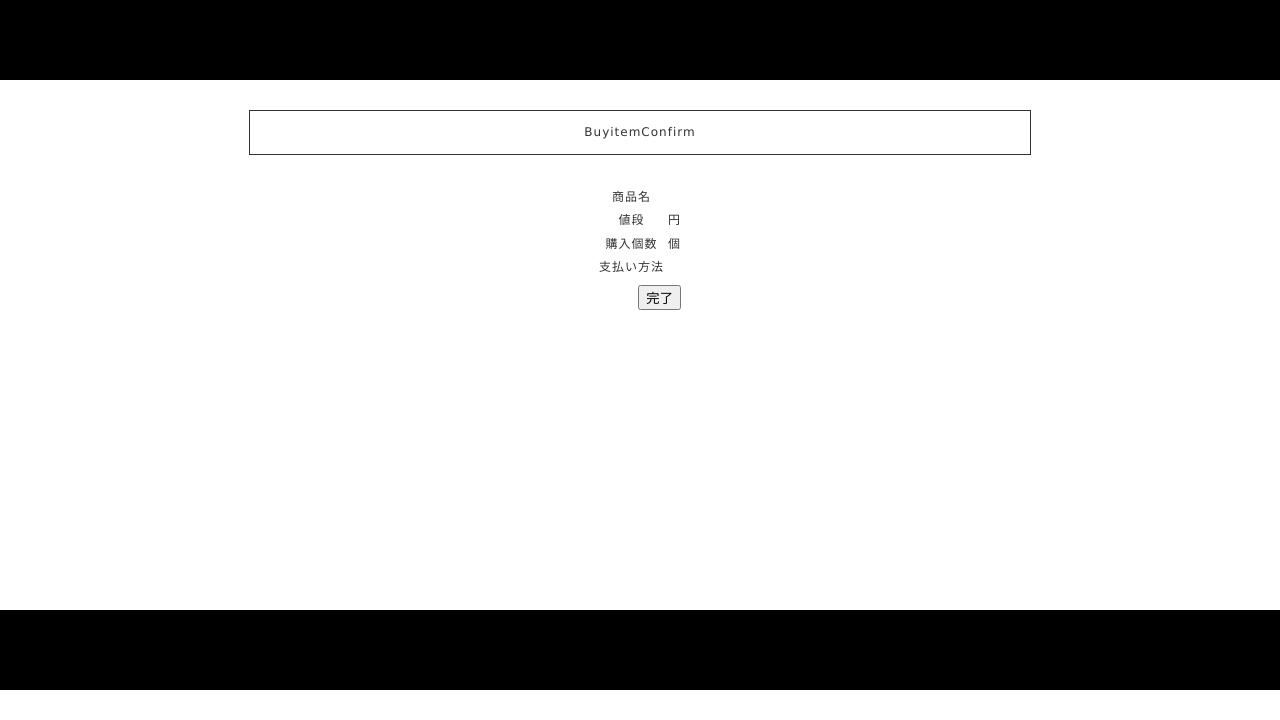
Repository: 3103senoomizho/test
Page: http://localhost/template/buyItemConfirm.jsp
An editor plug-in stored every save of this project. The page is shown before and after the next save, followed by the edit.
The browser window is 1280 px wide. The pictures show the whole page.
Some web libraries are served in a nearby version. The page is served by Tomcat 9. Other server files are loaded and not shown.

Above is the page before, as saved 2018-03-20 01:31:00.

### template/WebContent/buyItemConfirm.jsp
<%@ page language="java" contentType="text/html; charset=UTF-8"
    pageEncoding="UTF-8"%>
<%@ taglib prefix="s" uri="/struts-tags" %>
<!DOCTYPE html>
<html>
<head>
<meta charset ="utf-8">
<meta http-equiv="Content-Type" content="text/html; charset=UTF-8">
<meta http-equiv="Content-Style-Type" content = "text/css"/>
<meta http-equiv="Content-Script-Type" content ="text/javascript"/>
<meta http-equiv="imagetoolbar" content = "no"/>
<meta name="description" content=""/>
<meta name="keywords" content=""/>
<title>buyItemConfirm画面</title>

<style type ="text/css">
/*===============TAG LAYOUT=================*/
body{
  margin:0;
  padding:0;
  line-height:1.6;
  letter-spacing:1px;
  font-family:Verdana,Helvetica,sans-serif;
  font-size:12px;
  color:#333;
  background:#fff;
  }
table{
  text-align:center;
  margin:0 auto;
  }
/*==============ID LAYOUT===================*/
#top{
  width:780px;
  margin:30px auto;
  border:1px solid #333;
  }

#header{
  width:100%;
  height:80px;
  background-color:black;
  clear:both;
  }
#main{
  width:100%;
  height:500px;
  text-align:center;}
#footer{
  width:100%;
  height:80px;
  background-color:black;
  clear:both;
  }
</style>

</head>
<body>
      <div id="header">
             <div id = "pr">
             </div>
      </div>
      <div id="main">
             <div id="top">
                     <p>BuyitemConfirm</p>
             </div>
             <div>
                     <s:form action="BuyItemConfirmAction">
                     <table>
                           <tr>
                                  <td>商品名</td>
                                  <td><s:property value = "session.buyitem_name"/></td>
                           </tr>
                           <tr>
                                  <td>値段</td>
                                  <td>
                                      <s:property value="session.buyitem_price"/>
                                                 <span>円</span>
                                  </td>
                           </tr>
                           <tr>
                                  <td>購入個数</td>
                                  <td>
                                      <s:property value="session.stock"/>
                                                 <span>個</span>
                                  </td>
                           </tr>
                           <tr>
                                  <td>支払い方法</td>
                                  <td><s:property value = "session.pay"/></td>
                           </tr>
                           <tr>
                                  <td><s:submit value = "完了"/></td>
                           </tr>
                    </table>
                    </s:form>
               </div>
       </div>
  <div id="footer">
          <div id="pr">
          </div>
  </div>
</body>
</html>

After the next save:
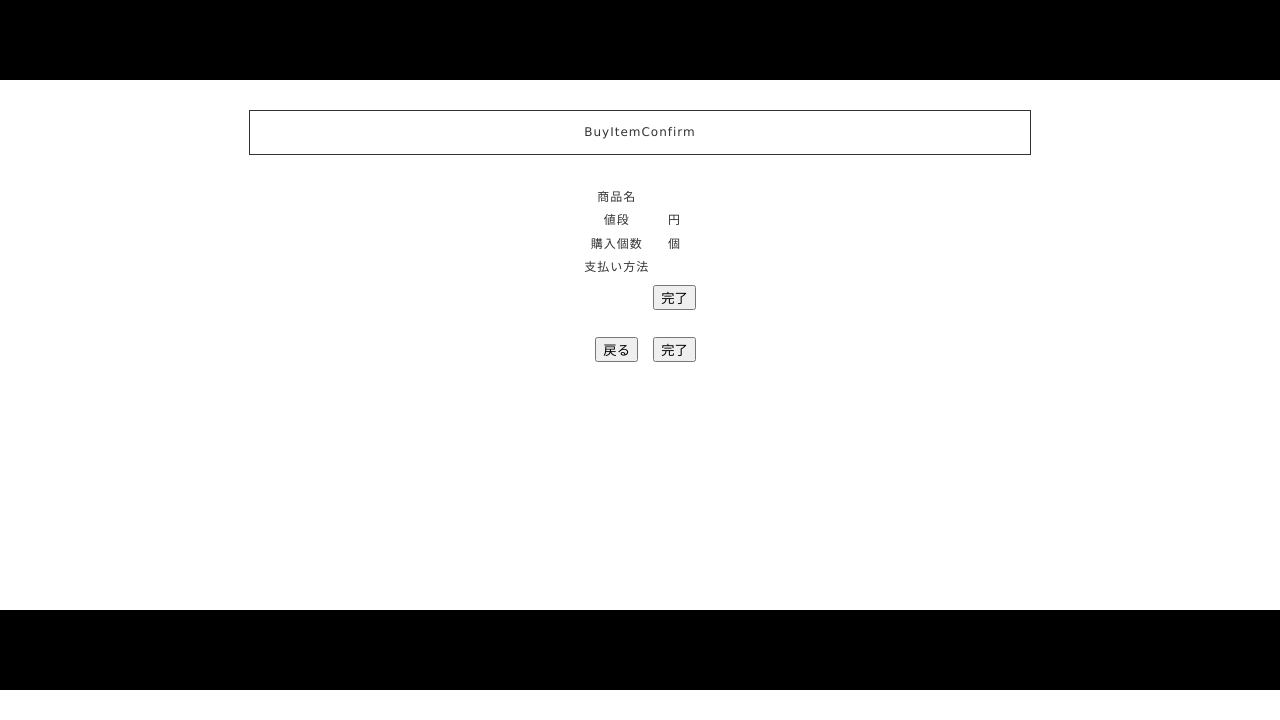
Saved 32 min 34 s later.
--- a/template/WebContent/buyItemConfirm.jsp
+++ b/template/WebContent/buyItemConfirm.jsp
@@ -11,7 +11,8 @@
 <meta http-equiv="imagetoolbar" content = "no"/>
 <meta name="description" content=""/>
 <meta name="keywords" content=""/>
-<title>buyItemConfirm画面</title>
+<script src="http://ajax.googleapis.com/ajax/libs/jquery/1.9.1/jquery.mis,js"></script>
+<title>BuyItemConfirm画面</title>
 
 <style type ="text/css">
 /*===============TAG LAYOUT=================*/
@@ -40,12 +41,13 @@
   width:100%;
   height:80px;
   background-color:black;
-  clear:both;
+
   }
 #main{
   width:100%;
   height:500px;
-  text-align:center;}
+  text-align:center;
+  }
 #footer{
   width:100%;
   height:80px;
@@ -53,7 +55,12 @@
   clear:both;
   }
 </style>
-
+<script type="text/javascript">
+function submitAction(url){
+	$('form').attr('action',url);
+	$('form').submit();
+}
+</script>
 </head>
 <body>
       <div id="header">
@@ -62,26 +69,26 @@
       </div>
       <div id="main">
              <div id="top">
-                     <p>BuyitemConfirm</p>
+                     <p>BuyItemConfirm</p>
              </div>
              <div>
-                     <s:form action="BuyItemConfirmAction">
+                     <s:form>
                      <table>
                            <tr>
                                   <td>商品名</td>
-                                  <td><s:property value = "session.buyitem_name"/></td>
+                                  <td><s:property value = "session.buyItem_name"/></td>
                            </tr>
                            <tr>
                                   <td>値段</td>
                                   <td>
-                                      <s:property value="session.buyitem_price"/>
+                                      <s:property value="session.total_price"/>
                                                  <span>円</span>
                                   </td>
                            </tr>
                            <tr>
                                   <td>購入個数</td>
                                   <td>
-                                      <s:property value="session.stock"/>
+                                      <s:property value="session.count"/>
                                                  <span>個</span>
                                   </td>
                            </tr>
@@ -92,10 +99,21 @@
                            <tr>
                                   <td><s:submit value = "完了"/></td>
                            </tr>
-                    </table>
-                    </s:form>
-               </div>
-       </div>
+                           <tr>
+                                  <td>
+                                      <br>
+                                   </td>
+                           </tr>
+                           <tr>
+                                  <td><input type="button" value="戻る"
+                                  onclick="submitAction('HomeAction')"/></td>
+                                  <td><input type="button" value="完了"
+                                  onclick="submitAction('BuyItemConfirmAction')"/></td>
+                           </tr>
+                      </s:form>
+              </div>
+              </div>
+
   <div id="footer">
           <div id="pr">
           </div>
